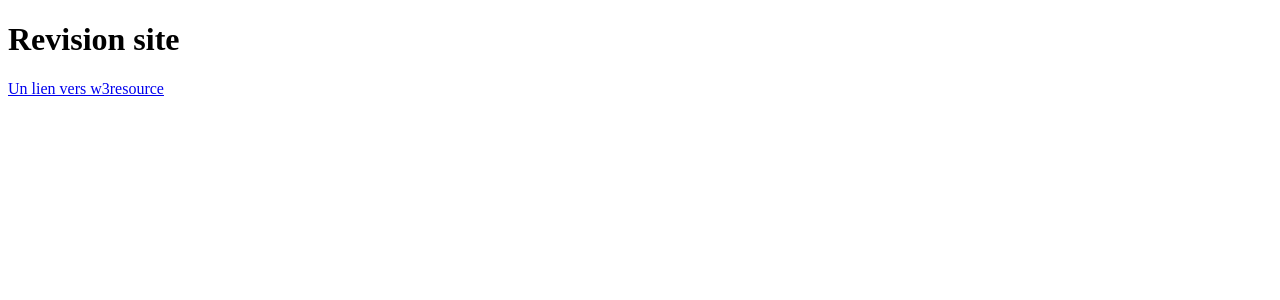
Repository: Elie-Dey/boot-start
Page: index.html
An editor plug-in stored every save of this project. The page is shown before and after the next save, followed by the edit.
The browser window is 1280 px wide. The pictures show the whole page.

Above is the page before, as saved 2021-08-18 22:59:12.

### index.html
<!DOCTYPE html>
<html lang="en">
<head>
    <meta charset="UTF-8">
    <meta http-equiv="X-UA-Compatible" content="IE=edge">
    <meta name="viewport" content="width=device-width, initial-scale=1.0">
    <title>Revision html</title>
</head>
<body>
<header> <h1>Revision site</h1> </header>

<a href="https://www.w3resource.com/html5/article-tutorial.php"> Un lien vers w3resource</a>
</body>
</html>

After the next save:
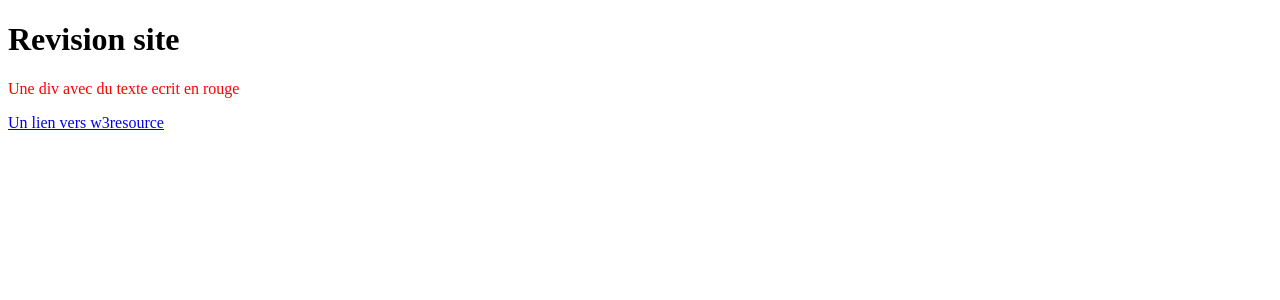
Saved 3 min 14 s later.
--- a/index.html
+++ b/index.html
@@ -8,6 +8,7 @@
 </head>
 <body>
 <header> <h1>Revision site</h1> </header>
+<div> <p style="color:red"> Une div avec du texte ecrit en rouge</p></div>
 
 <a href="https://www.w3resource.com/html5/article-tutorial.php"> Un lien vers w3resource</a>
 </body>
